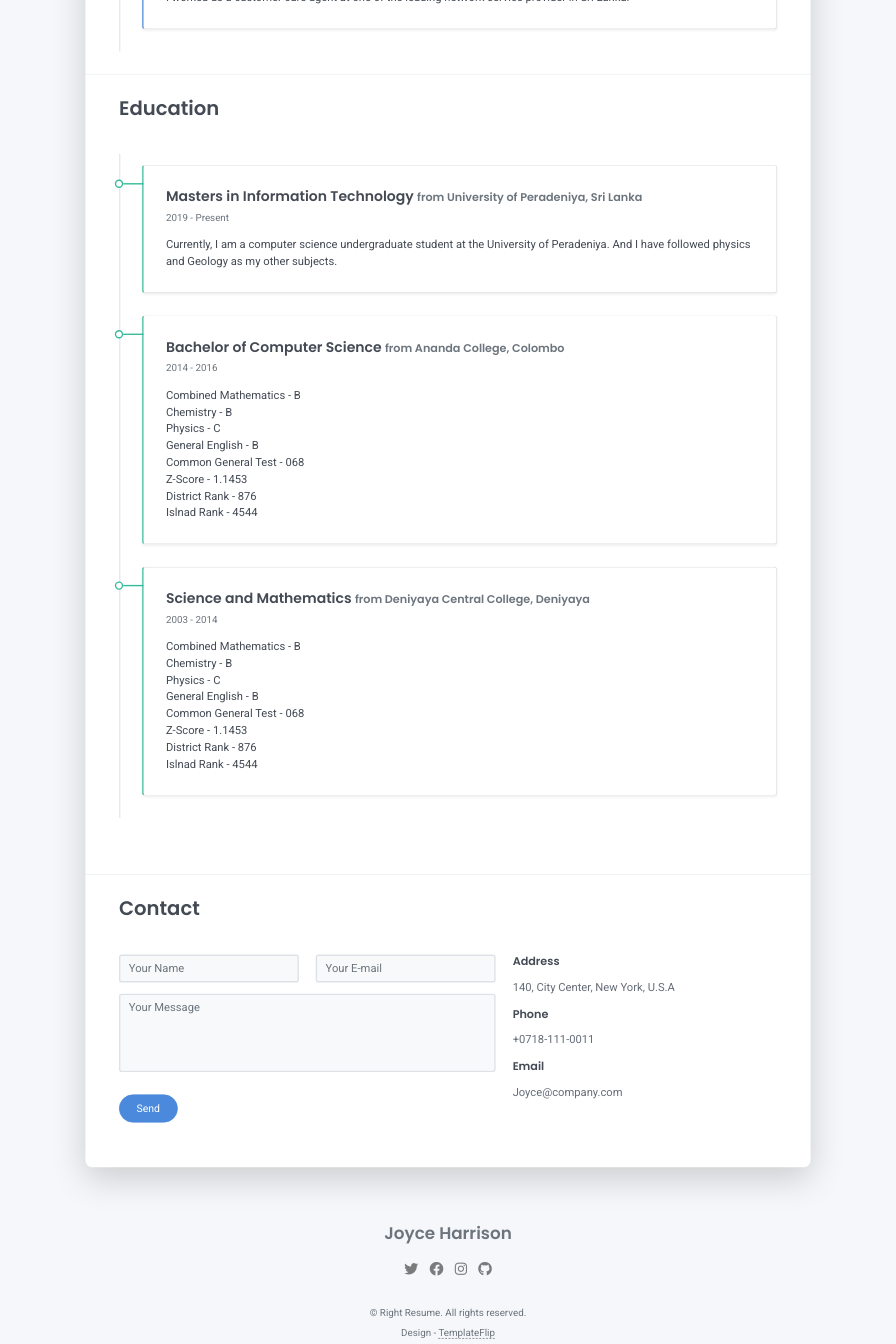
Repository: virangaj/resume
Page: index.html
An editor plug-in stored every save of this project. The page is shown before and after the next save, followed by the edit.
The browser window is 1280 px wide. The pictures show the part of the page from y = 1881 to 3801 px (the page is 3844 px tall), at 70% of full size.

Above is the page before, as saved 2021-08-31 19:46:54.

After the next save:
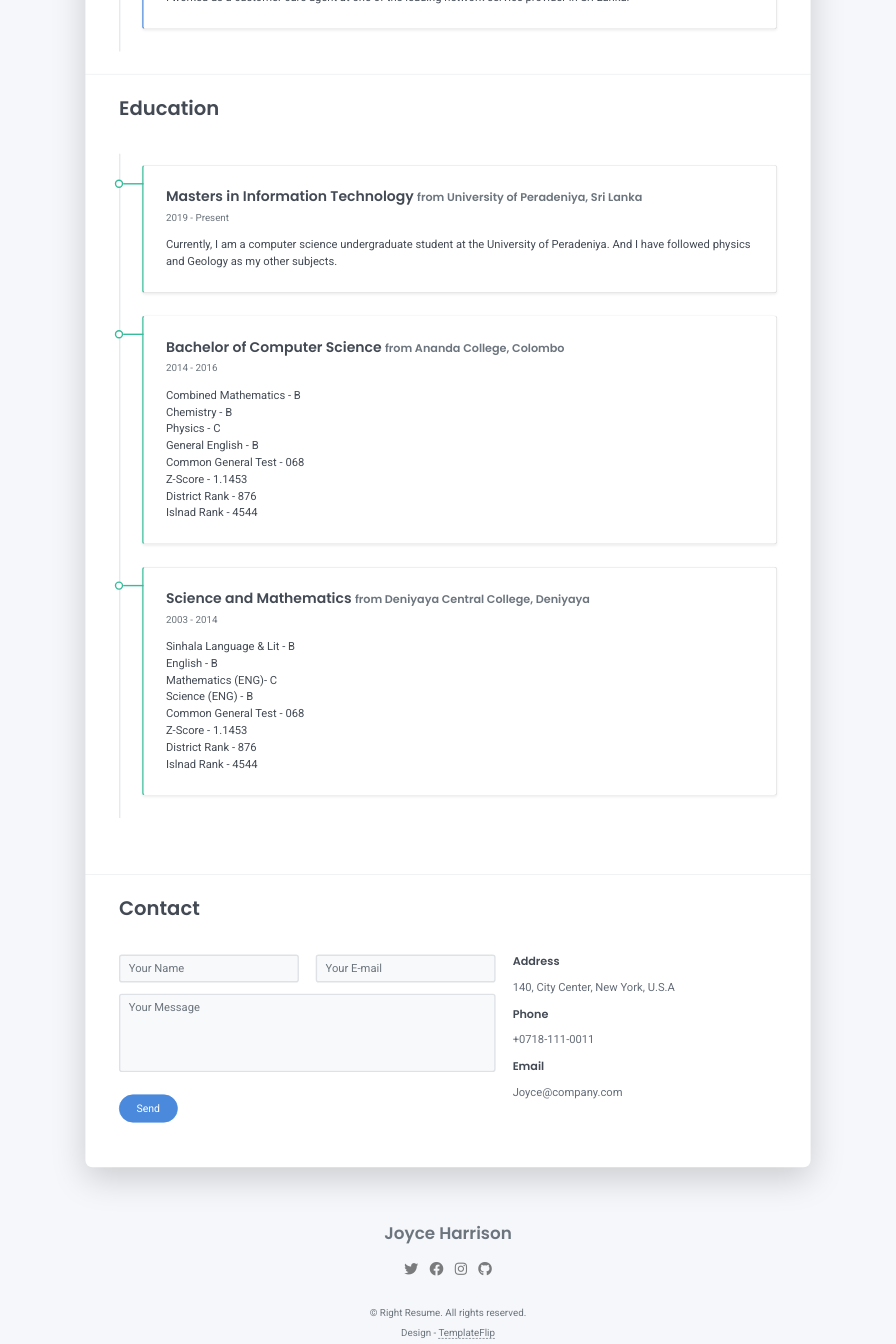
Saved 48 s later.
--- a/index.html
+++ b/index.html
@@ -473,10 +473,10 @@
 										>
 									</div>
 									<div class="text-muted text-small mb-2">2003 - 2014</div>
-									<div>Combined Mathematics - B</div>
-									<div>Chemistry - B</div>
-									<div>Physics - C</div>
-									<div>General English - B</div>
+									<div>Sinhala Language & Lit - B</div>
+									<div>English - B</div>
+									<div>Mathematics (ENG)- C</div>
+									<div>Science (ENG) - B</div>
 									<div>Common General Test - 068</div>
 									<div>Z-Score - 1.1453</div>
 									<div>District Rank - 876</div>
